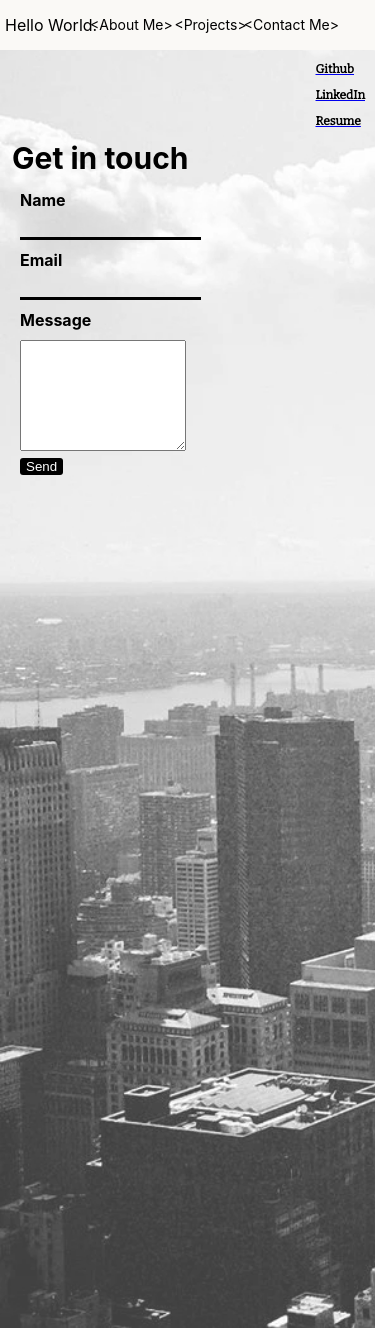
Repository: ghend99/website_ethan_pratt
Page: /contact
The author's editor kept a copy of each file at every save. The page is drawn from the files as they stood at one save, then again after a run of saves.
The browser window is 375 px wide. The pictures show the whole page.
The project was rebuilt for these pictures with package versions that can differ from the ones it lists, and the page was loaded fresh each time. Also part of the build but not shown: src/pages/home.js, src/css/about.css, src/pages/about.js, src/pages/project.js.

Above is the page before, as saved 2023-04-25 10:11:24.

After the next 3 saves:
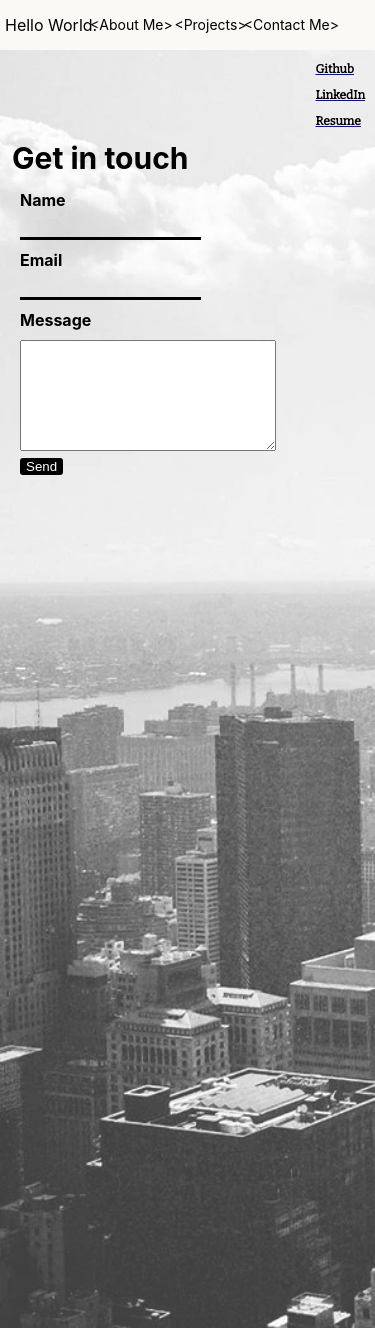
The 3 saves are shown as one change because they came seconds apart.
The last was saved 10 s later.
--- a/src/css/contact.css
+++ b/src/css/contact.css
@@ -118,6 +118,6 @@
   }
 
   .form-message-input {
-    width: 160px;
+    width: 250px;
   }
 }
